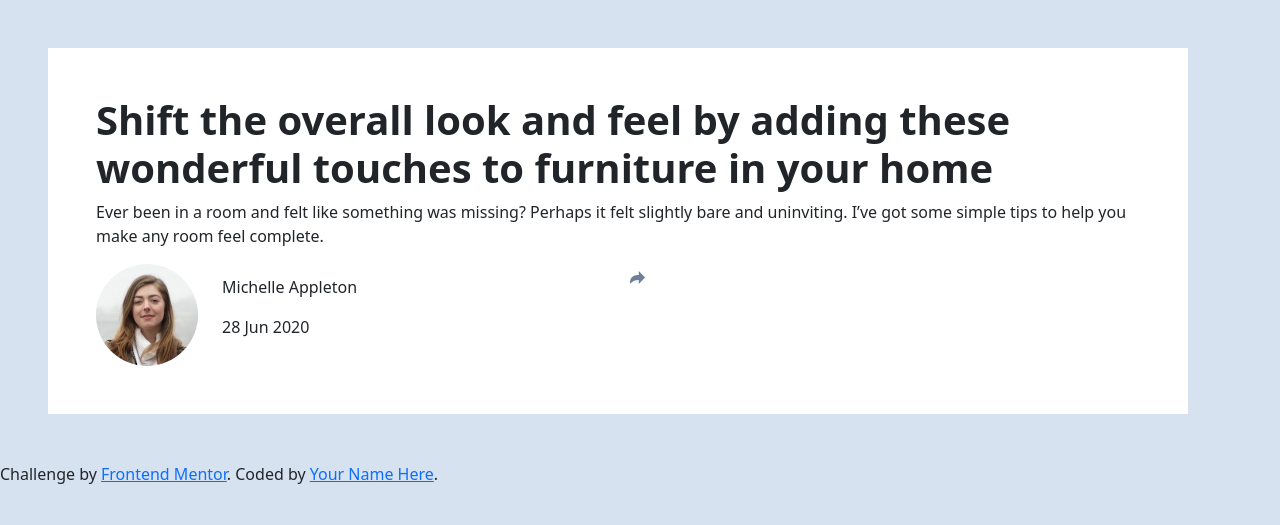
Repository: blordeus/article-preview-component
Page: index.html
These files come from the project's save history. The page is drawn as it stood at one moment and after a run of saves; the edit follows.
The browser window is 1280 px wide. The pictures show the whole page.

Above is the page before, as saved 2024-05-17 10:41:56.

### index.html
<!DOCTYPE html>
<html lang="en">
<head>
  <meta charset="UTF-8">
  <meta name="viewport" content="width=device-width, initial-scale=1.0"> <!-- displays site properly based on user's device -->

  <link rel="icon" type="image/png" sizes="32x32" href="./images/favicon-32x32.png">
  <link href="https://cdn.jsdelivr.net/npm/bootstrap@5.3.3/dist/css/bootstrap.min.css" rel="stylesheet" integrity="sha384-QWTKZyjpPEjISv5WaRU9OFeRpok6YctnYmDr5pNlyT2bRjXh0JMhjY6hW+ALEwIH" crossorigin="anonymous">
  <script src defer="https://cdn.jsdelivr.net/npm/bootstrap@5.3.3/dist/js/bootstrap.bundle.min.js" integrity="sha384-YvpcrYf0tY3lHB60NNkmXc5s9fDVZLESaAA55NDzOxhy9GkcIdslK1eN7N6jIeHz" crossorigin="anonymous"></script>
  <link rel="stylesheet" href="style.css">
  <title>Frontend Mentor | Article preview component</title>

</head>
<body>

  <main class="bg-color m-5 p-5 container">

    <section>
      <h1 class="text-color fw-bold">Shift the overall look and feel by adding these wonderful touches to furniture in your home</h1>

      <p>
        Ever been in a room and felt like something was missing? Perhaps
        it felt slightly bare and uninviting. I’ve got some simple tips
        to help you make any room feel complete.
      </p>
      <div class="row">
        <div class="col d-flex">
          <img id="avatar" src="./images/avatar-michelle.jpg" alt="michelle">
            <div class="ms-4 vstack my-auto">
              <p>Michelle Appleton</p>
              <p>28 Jun 2020</p>
            </div>
          </div>
          <div class="col">
            <img id="share" src="./images/icon-share.svg" alt="share">
          </div>
        </div>
      </div>
    </section>

  </main>
  <div class="attribution">
    Challenge by <a href="https://www.frontendmentor.io?ref=challenge" target="_blank">Frontend Mentor</a>.
    Coded by <a href="#">Your Name Here</a>.
  </div>
</body>
</html>

### style.css
/* root */
:root {
    --white: hsl(0, 0%, 100%);
    --light-gray: hsl(212, 45%, 89%);
    --grayish-blue: hsl(220, 15%, 55%);
    --dark-blue: hsl(218, 44%, 22%);
}

body {
    background-color: var(--light-gray);
}

main {
    background-color: var(--white);
}

#avatar {
    /* make round */
    border-radius: 50%;
    /* make image smaller */
    width: 20%;
}

After the next 3 saves:
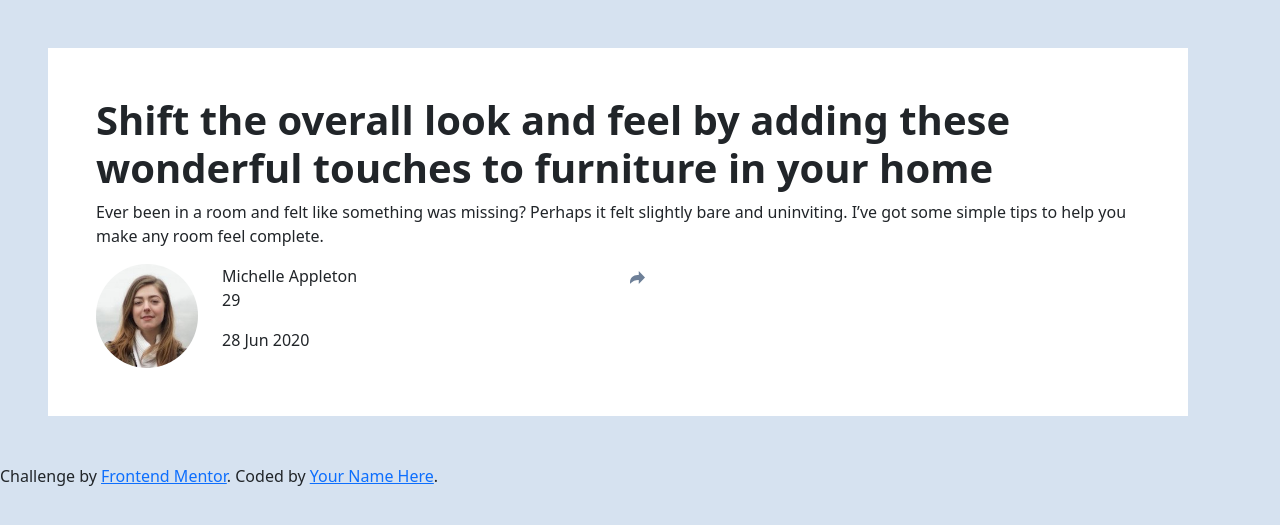
The 3 saves are shown as one change because they came seconds apart.
The last was saved 62 s later.
--- a/index.html
+++ b/index.html
@@ -27,7 +27,7 @@
         <div class="col d-flex">
           <img id="avatar" src="./images/avatar-michelle.jpg" alt="michelle">
             <div class="ms-4 vstack my-auto">
-              <p>Michelle Appleton</p>
+              <p>Michelle Appleton <br> 29</p>
               <p>28 Jun 2020</p>
             </div>
           </div>
